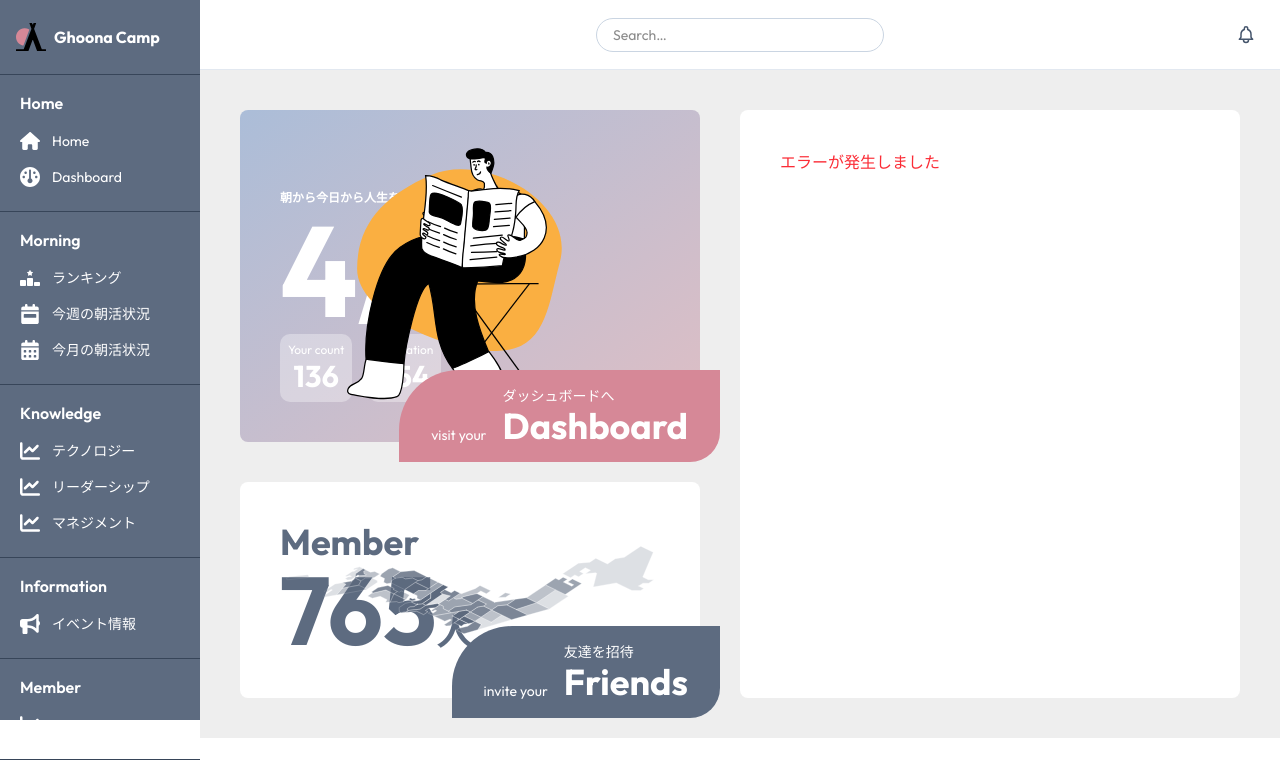
Repository: ShotaGhoona/ghoonacamp_platform
Page: /
An editor plug-in stored every save of this project. The page is shown before and after the next save, followed by the edit.
The browser window is 1280 px wide. The pictures show the whole page.
The page's requests for data from a server got no answer. The project was rebuilt for these pictures with package versions that can differ from the ones it lists, and the page was loaded fresh each time. The framework's server and built-in components were replaced by stand-ins that run in the browser. No one was signed in, and anything a server would have sent is missing. Also part of the build but not shown: next.config.js.

Above is the page before, as saved 2025-04-25 14:23:39.

### src/app/layout.tsx
import type { Metadata } from 'next';
import { Outfit } from 'next/font/google';
import './globals.css';
import Sidebar from '@/components/display/sidebar';
import Header from '@/components/display/header';
import { AuthProvider } from './providers';

const outfit = Outfit({ subsets: ['latin'] });

export const metadata: Metadata = {
  title: 'Ghoona Camp',
  description: 'Ghoona Camp Platform',
};

export default function RootLayout({
  children,
}: {
  children: React.ReactNode;
}) {
  return (
    <html lang="ja">
      <body className={outfit.className}>
        <AuthProvider>
          <div className="flex">
            <div className="w-[200px] transition-all duration-300">
              <Sidebar />
            </div>
            <div className="flex-1 flex flex-col min-h-screen">
              <Header />
              <main className=" bg-[#EEEEEE] flex-1 px-10 py-10">{children}</main>
            </div>
          </div>
        </AuthProvider>
      </body>
    </html>
  );
}

### src/app/page.tsx
import IndexPage from "@/features/home/home/display/index";

export default function Home() {
  return (
    <IndexPage />
  );
}

### src/components/display/sidebar.tsx
'use client';

import Link from 'next/link';
import { usePathname } from 'next/navigation';
import clsx from 'clsx';

const groups: { title: string; links: { href: string; label: string; icon: string }[] }[] = [
  {
    title: 'Home',
    links: [
      { href: '/home', label: 'Home', icon: '/svg/sidebarIcon/home.svg' },
      { href: '/home/dashboard', label: 'Dashboard', icon: '/svg/sidebarIcon/dashboard.svg' },
    ],
  },
  {
    title: 'Morning',
    links: [
      { href: '/morning/ranking', label: 'ランキング', icon: '/svg/sidebarIcon/ranking.svg' },
      { href: '/morning/weekend', label: '今週の朝活状況', icon: '/svg/sidebarIcon/week.svg' },
      { href: '/morning/month', label: '今月の朝活状況', icon: '/svg/sidebarIcon/month.svg' },
    ],
  },
  {
    title: 'Knowledge',
    links: [
      { href: '/knowledge/tech', label: 'テクノロジー', icon: '/svg/sidebarIcon/analysis.svg' },
      { href: '/knowledge/leadership', label: 'リーダーシップ', icon: '/svg/sidebarIcon/analysis.svg' },
      { href: '/knowledge/management', label: 'マネジメント', icon: '/svg/sidebarIcon/analysis.svg' },
    ],
  },
  {
    title: 'Information',
    links: [{ href: '/information/events', label: 'イベント情報', icon: '/svg/sidebarIcon/externalEvents.svg' }],
  },
  {
    title: 'Member',
    links: [{ href: '/members', label: 'GhoonaCamper', icon: '/svg/sidebarIcon/analysis.svg' }],
  },
];

export default function Sidebar() {
  const pathname = usePathname();

  return (
    <aside className="w-full h-screen bg-[#5D6B80] text-white">
      <div className="flex items-center gap-2 h-[75px] px-4 border-b border-[#374559]">
        <img src="/svg/logo.svg" alt="Ghoona Camp" className="w-[30px] h-[30px]" />
        <span className="font-bold">Ghoona Camp</span>
      </div>

      <nav>
        {groups.map((g) => (
          <div key={g.title} className="border-b border-[#374559] px-[20px] py-4">
            <p className="text-base font-semibold mb-2">
              {g.title}
            </p>
            {g.links.map((l) => (
              <Link
                key={l.href}
                href={l.href}
                className={clsx(
                  'flex items-center gap-3 py-2 text-sm',
                  pathname === l.href
                    ? 'bg-primary text-white'
                    : 'hover:bg-slate-600'
                )}
              >
                <img src={l.icon} alt={l.label} className="w-[20px] h-[20px]" />
                <span>{l.label}</span>
              </Link>
            ))}
          </div>
        ))}
      </nav>
    </aside>
  );
}

### src/components/display/header.tsx
'use client';

import Image from 'next/image';
import { useSession } from 'next-auth/react';

export default function Header() {
  const { data: session } = useSession();

  return (
    <header className="flex items-center justify-between h-[70px] px-6 border-b border-slate-200 bg-white">
      {/* 空白をあけて中央に検索バーを置くレイアウト */}
      <div className="flex-1" />

      <div className="flex-1 flex justify-center">
        {/* ダミー検索バー */}
        <input
          type="text"
          placeholder="Search…"
          className="w-72 rounded-full border border-slate-300 px-4 py-1.5 text-sm focus:outline-primary"
        />
      </div>

      <div className="flex-1 flex justify-end items-center gap-4">
        {/* 通知ベルなど置く予定ならここ */}
        <button className="relative">
          <span className="sr-only">Notifications</span>
          <svg
            className="w-5 h-5 text-slate-600"
            fill="none"
            stroke="currentColor"
            strokeWidth={1.8}
            viewBox="0 0 24 24"
          >
            <path
              strokeLinecap="round"
              strokeLinejoin="round"
              d="M15 17h5l-1.405-1.405A2.032 2.032 0 0118 14.158V11a6.002 6.002 0 00-4-5.659V4a2 2 0 10-4 0v1.341C7.67 6.165 6 8.388 6 11v3.159c0 .538-.214 1.055-.595 1.436L4 17h5m6 0v1a3 3 0 11-6 0v-1m6 0H9"
            />
          </svg>
        </button>

        {/* ユーザー情報 */}
        {session?.user && (
          <div className="flex items-center gap-3">
            <span className="text-sm font-medium text-slate-700">
              {session.user.name}
            </span>
            <Image
              src={session.user.image || "/avatar-placeholder.png"}
              alt={session.user.name || "Avatar"}
              width={32}
              height={32}
              className="rounded-full ring-1 ring-slate-300"
            />
          </div>
        )}
      </div>
    </header>
  );
}

### src/features/home/home/display/index.tsx

// コンポーネント
import Hero from "./hero";
import Member from "./member";
import LeftNotice from "./leftNotice";
export default function IndexPage() {
  return (
    <div className="flex gap-10 h-full">
      <div className="flex-1 flex flex-col gap-10 h-full rounded-lg">
        <div className="flex-1 flex flex-col bg-gradient-to-br from-[#ABBDD8] to-[#DFBEC4] rounded-lg">
          <Hero />
        </div>
        <div className="w-full h-[40%] bg-white rounded-lg">
          <Member />
        </div>
      </div>
      <div className="w-[500px] h-full bg-white rounded-lg">
        <LeftNotice />
      </div>
    </div>
  );
}

### src/features/home/home/display/hero.tsx
// コンポーネント
import CornerCta from "../components/cornerCta";
// ページ遷移
import Link from "next/link";


export default function Hero() {
  return (
    <div className="w-full h-full p-10 flex flex-col justify-between relative">
        <div className="flex-1 text-white mt-10">
                <p className="text-xs font-bold">朝から今日から人生を豊かに</p>
                <p className="text-9xl font-bold">4/23</p>
        </div>
        <div className="flex gap-4">
            <div className="flex flex-col bg-[#ffffff55] rounded-[10px] p-2 text-white items-center">
                <p className="text-xs">Your count</p>
                <p className="text-3xl font-bold">136</p>
            </div>
            <div className="flex flex-col bg-[#ffffff55] rounded-[10px] p-2 text-white items-center">
                <p className="text-xs">Population</p>
                <p className="text-3xl font-bold">754</p>
            </div>
        </div>
        <div className="absolute right-20 top-0 h-full">
            <img src="/svg/hero.svg" alt="tier1" className="w-full h-full" />
        </div>
        <Link href="/dashboard" className="absolute -bottom-5 -right-5 flex flex-col gap-4">
            <CornerCta  color="D68897"  text="Dashboard"  subText="ダッシュボードへ" subText2="visit your" />
        </Link>
    </div>
  );
}

### src/features/home/home/display/member.tsx
// コンポーネント
import CornerCta from "../components/cornerCta";
// ページ遷移
import Link from "next/link";


export default function Hero() {
  return (
    <div className="w-full h-full p-10 flex flex-col justify-between relative">

        <p className="text-4xl text-[#5D6B80] font-bold">Member</p>
        <p className="text-8xl text-[#5D6B80] font-bold">765<span className="text-4xl">人</span></p>
        <img src="/svg/jpmap.svg" alt="jpmap" className="absolute top-1/2 left-1/2 -translate-x-1/2 -translate-y-1/2 w-[80%] max-h-[80%] " />
        <Link href="/dashboard" className="absolute -bottom-5 -right-5 flex flex-col gap-4">
            <CornerCta  color="5D6B80"  text="Friends"  subText="友達を招待" subText2="invite your" />
        </Link>
    </div>
  );
}

### src/features/home/home/display/leftNotice.tsx
'use client';

import { useSystemNoticeList } from '../hooks/useSystemNoticeList';

export default function LeftNotice() {
  const { notices, isLoading, error } = useSystemNoticeList();

  if (isLoading) {
    return (
      <div className="w-full h-full p-10">
        <p>読み込み中...</p>
      </div>
    );
  }

  if (error) {
    return (
      <div className="w-full h-full p-10">
        <p className="text-red-500">エラーが発生しました</p>
      </div>
    );
  }

  return (
    <div className="w-full h-full p-10 overflow-y-auto">
      <h2 className="text-2xl font-bold text-gray-700 mb-6">運営からのお知らせ</h2>
      <div className="space-y-4">
        {notices.map((notice) => (
          <div
            key={notice.id}
            className="bg-white rounded-lg p-6 shadow-sm hover:shadow-md transition-shadow cursor-pointer"
          >
            <div className="flex items-center gap-2 mb-2">
              {notice.tags.map(({ tag }) => (
                <span
                  key={tag.id}
                  className="text-xs px-2 py-1 rounded"
                  style={{ backgroundColor: tag.color + '20', color: tag.color }}
                >
                  {tag.name}
                </span>
              ))}
            </div>
            <h3 className="text-lg font-bold text-gray-800 mb-2">{notice.title}</h3>
            <p className="text-gray-600 line-clamp-2">{notice.content}</p>
          </div>
        ))}
      </div>
    </div>
  );
}

### src/features/home/home/components/cornerCta.tsx
export default function CornerCta(
    { color, text, subText, subText2 }: { color: string; text: string; subText: string; subText2: string }
) {
  return (
    <div
      style={{ backgroundColor: `#${color}` }}
      className="px-8 py-4 rounded-tl-[60px] rounded-br-[30px] text-white flex items-end gap-4 cursor-pointer hover:opacity-90 transition-opacity"
    >
        <div>
            <span className="text-sm">{subText2}</span>
        </div>
        <div className="flex flex-col">
            <span className="text-sm">{subText}</span>
            <span className="text-4xl font-bold">{text}</span>
        </div>
    </div>
  );
}

### src/features/home/home/hooks/useSystemNoticeList.ts
'use client';

import { useEffect, useState } from 'react';

export type SystemNotice = {
  id: number;
  title: string;
  content: string;
  imageUrl: string | null;
  isPublic: boolean;
  publishStartAt: Date;
  publishEndAt: Date;
  createdAt: Date;
  updatedAt: Date;
  deletedAt: Date | null;
  tags: {
    tag: {
      id: number;
      name: string;
      color: string;
    }
  }[];
};

export const useSystemNoticeList = () => {
  const [notices, setNotices] = useState<SystemNotice[]>([]);
  const [isLoading, setIsLoading] = useState(true);
  const [error, setError] = useState<Error | null>(null);

  useEffect(() => {
    const fetchNotices = async () => {
      try {
        const response = await fetch('/api/system-notices');
        if (!response.ok) {
          throw new Error('通知の取得に失敗しました');
        }
        const data = await response.json();
        setNotices(data);
      } catch (err) {
        setError(err instanceof Error ? err : new Error('Unknown error'));
      } finally {
        setIsLoading(false);
      }
    };

    fetchNotices();
  }, []);

  return { notices, isLoading, error };
};

Loaded but not shown: src/app/globals.css (common file); src/app/providers.tsx (common file)

After the next save:
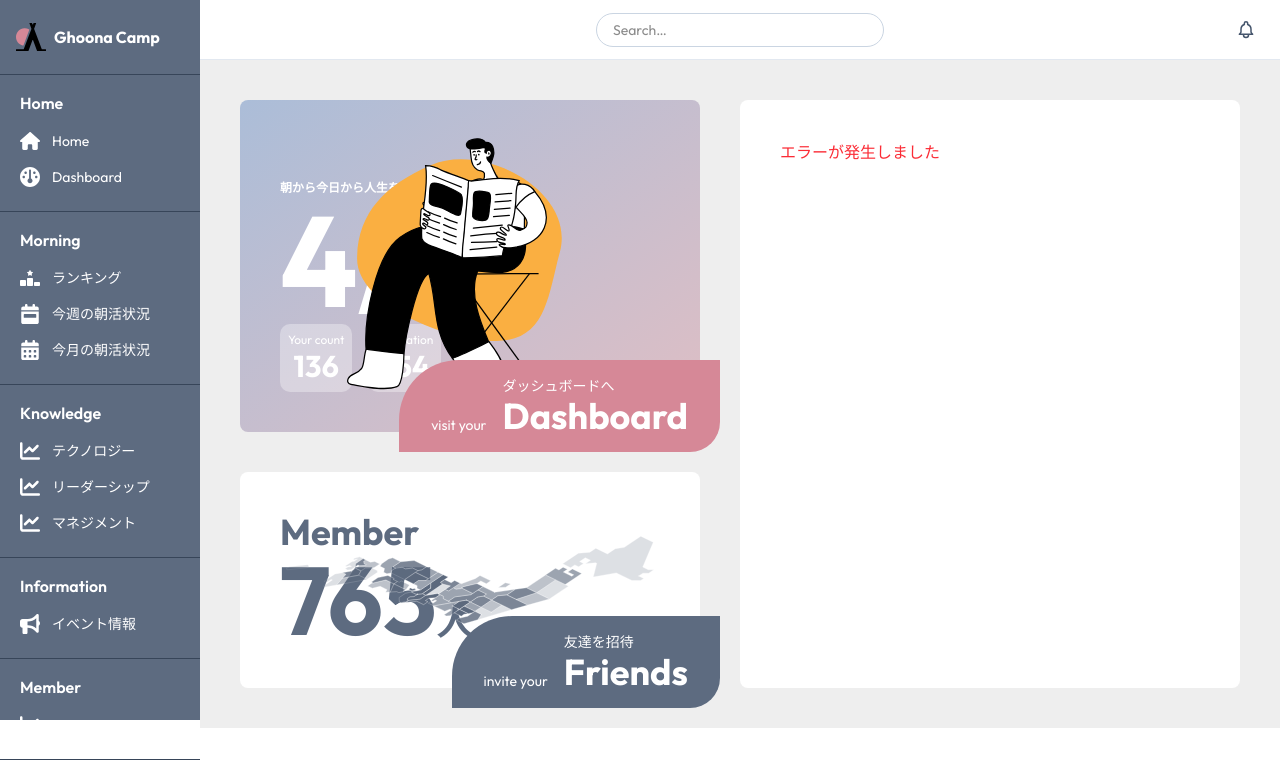
Saved 5 s later.
--- a/src/components/display/header.tsx
+++ b/src/components/display/header.tsx
@@ -7,7 +7,7 @@ export default function Header() {
   const { data: session } = useSession();
 
   return (
-    <header className="flex items-center justify-between h-[70px] px-6 border-b border-slate-200 bg-white">
+    <header className="flex items-center justify-between h-[60px] px-6 border-b border-slate-200 bg-white">
       {/* 空白をあけて中央に検索バーを置くレイアウト */}
       <div className="flex-1" />
 
